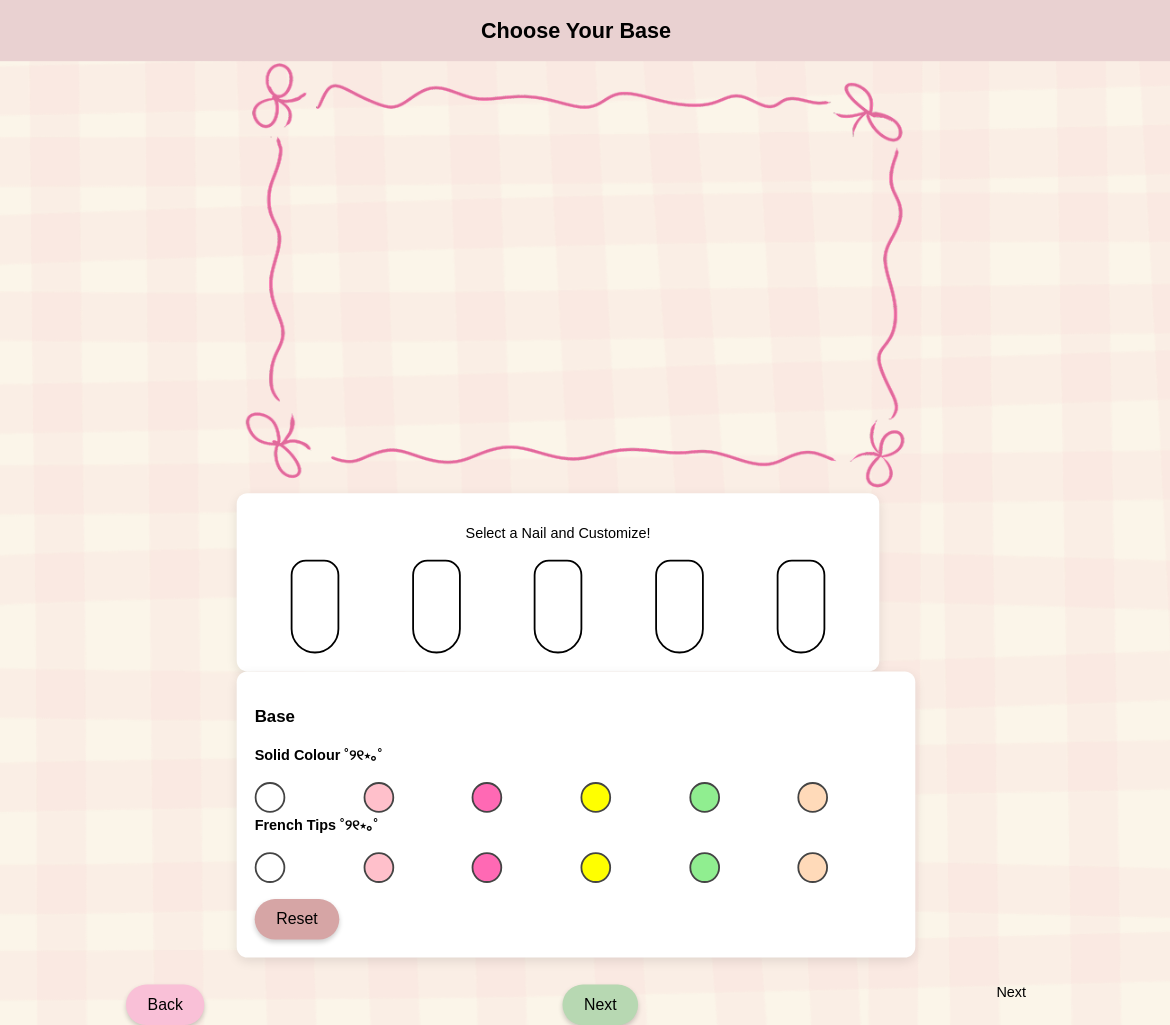
Repository: amolwalia/Fluidity-Lab
Page: basepaint.html
The author's editor kept a copy of each file at every save. The page is drawn from the files as they stood at one save, then again after the next save.
The browser window is 1280 px wide. The page is 1300 px wide, so the pictures cover 1300 px, including what lies to the right of the window. The pictures show the whole page, at 90% of full size.

Above is the page before, as saved 2025-05-11 19:50:29.

After the next save:
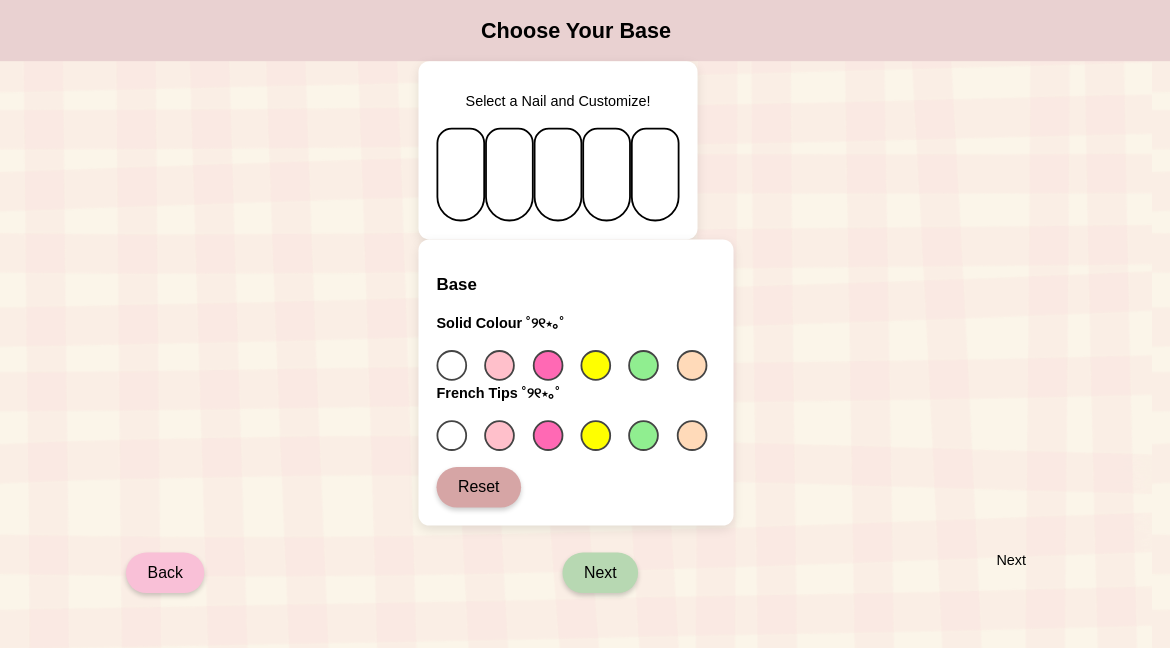
Saved 59 s later.
--- a/basepaint.html
+++ b/basepaint.html
@@ -10,7 +10,7 @@
     <header>Choose Your Base</header>
 
     <div class="nail-box-container">
-      <img src="./media/border.png" alt="Pink Border" class="border_image" />
+      <!-- <img src="./media/border.png" alt="Pink Border" class="border_image" /> -->
       <div class="nail-area">
         <p style="text-align: center">Select a Nail and Customize!</p>
         <div class="nails">
